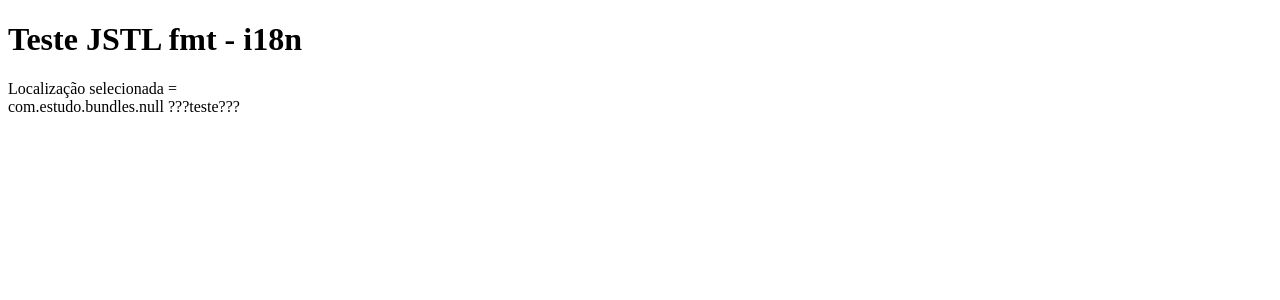
Repository: GabrielGGhost/EstudoJavaAW1-AW2
Page: http://localhost/estudos10/jsp/exemploI18N.jsp
The author's editor kept a copy of each file at every save. The page is drawn from the files as they stood at one save, then again after the next save.
The browser window is 1280 px wide. The pictures show the whole page.
The page is served by Tomcat 9.

Above is the page before, as saved 2020-10-23 17:55:00.

After the next save:
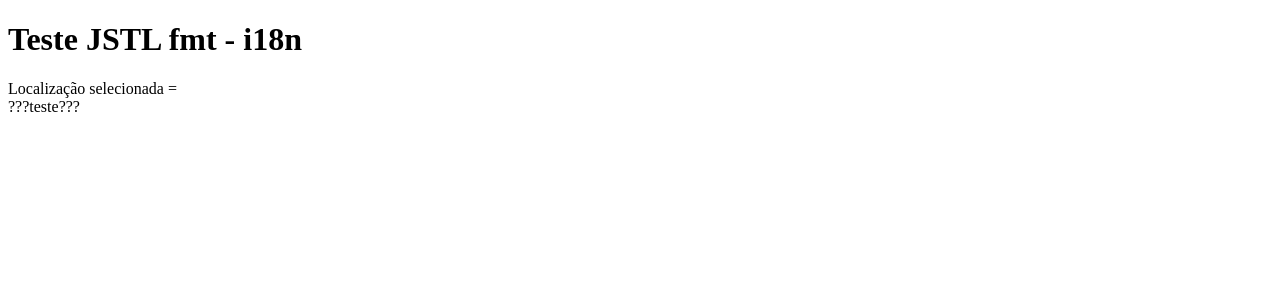
Saved 4 s later.
--- a/estudos10/WebContent/jsp/exemploI18N.jsp
+++ b/estudos10/WebContent/jsp/exemploI18N.jsp
@@ -12,7 +12,6 @@
 	<h1>Teste JSTL fmt - i18n</h1>
 	Localização selecionada = ${param.language} <br/>
 	<fmt:setLocale value="${param.language}"/>
-		<% out.println("com.estudo.bundles." + request.getParameter("language")); %>
 		<fmt:bundle basename='com.estudo.bundles.${param.language}'>
 			<fmt:message key="teste"> </fmt:message>
 		</fmt:bundle>
